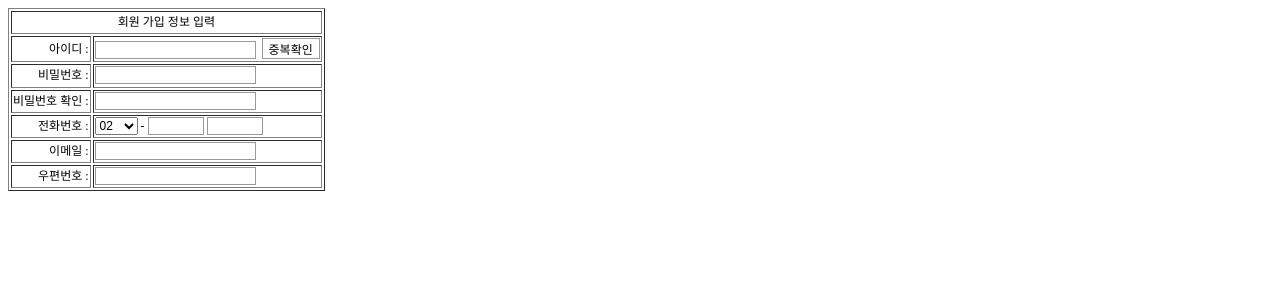
Repository: JIYEON25/model
Page: http://localhost/myWeb/memberone/regForm.jsp
These files come from the project's save history. The page is drawn as it stood at one moment and after the next save; the edit follows.
The browser window is 1280 px wide. The pictures show the whole page.
The page is served by Tomcat 9.

Above is the page before, as saved 2023-09-15 05:40:23.
Console error (its wording comes from the project's code and is left out).

After the next save:
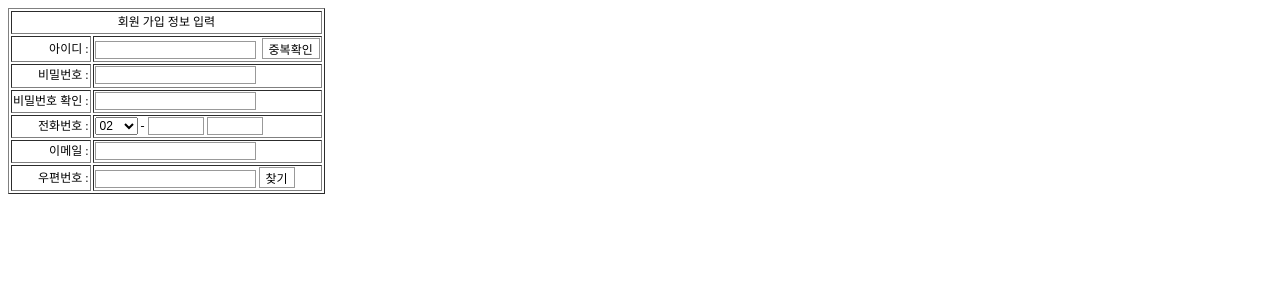
Saved 48 s later.
--- a/model1/myJSP/myWeb/src/main/webapp/memberone/regForm.jsp
+++ b/model1/myJSP/myWeb/src/main/webapp/memberone/regForm.jsp
@@ -48,7 +48,8 @@
 		</tr>
 		<tr>
 			<td align="right">우편번호 : </td>
-			<td><input type="text" name="zipcode"/></td>
+			<td><input type="text" name="zipcode"/>
+				<input type="button" value="찾기" onClick="#"/></td>
 		</tr>
 	</table>
 	</form>
